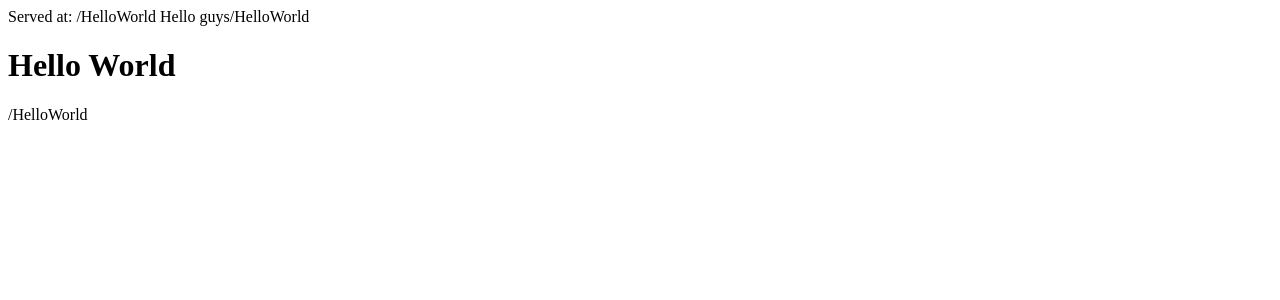
Repository: 1105trxc/LapTrinhWeb-2526
Page: http://localhost/HelloWorld/HelloController
An editor plug-in stored every save of this project. The page is shown before and after the next save, followed by the edit.
The browser window is 1280 px wide. The pictures show the whole page.
The page is served by Tomcat 10. Other server files are loaded and not shown.

Above is the page before, as saved 2025-08-20 06:14:24.

### HelloWorld/src/main/java/minimal/controller/HelloController.java
package minimal.controller;

import jakarta.servlet.ServletException;
import jakarta.servlet.annotation.WebServlet;
import jakarta.servlet.http.HttpServlet;
import jakarta.servlet.http.HttpServletRequest;
import jakarta.servlet.http.HttpServletResponse;
import java.io.IOException;

/**
 * Servlet implementation class HelloController
 */
public class HelloController extends HttpServlet {
	private static final long serialVersionUID = 1L;
	private String message;

	@SuppressWarnings("serial")
	public void init() throws ServletException {
	// Do required initialization
	message = "Hello World";
	}

    /**
     * @see HttpServlet#HttpServlet()
     */
    public HelloController() {
        super();
        // TODO Auto-generated constructor stub
    }

	/**
	 * @see HttpServlet#doGet(HttpServletRequest request, HttpServletResponse response)
	 */
	protected void doGet(HttpServletRequest request, HttpServletResponse response) throws ServletException, IOException {
		// TODO Auto-generated method stub
		response.getWriter().append("Served at: ").append(request.getContextPath());
		response.getWriter().append("\nHello guys").append(request.getContextPath());

		// Set response content type
		response.setContentType("text/html");
		// Actual logic goes here.
		response.getWriter().append("<h1>" + message + "</h1>").append(request.getContextPath());

	}

	/**
	 * @see HttpServlet#doPost(HttpServletRequest request, HttpServletResponse response)
	 */
	protected void doPost(HttpServletRequest request, HttpServletResponse response) throws ServletException, IOException {
		// TODO Auto-generated method stub
		doGet(request, response);
	}

}

After the next save:
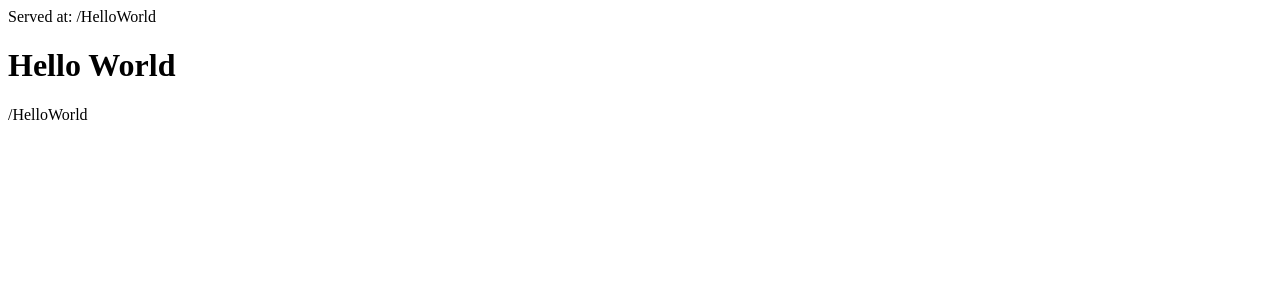
Saved 70 s later.
--- a/HelloWorld/src/main/java/minimal/controller/HelloController.java
+++ b/HelloWorld/src/main/java/minimal/controller/HelloController.java
@@ -34,7 +34,6 @@ public class HelloController extends HttpServlet {
 	protected void doGet(HttpServletRequest request, HttpServletResponse response) throws ServletException, IOException {
 		// TODO Auto-generated method stub
 		response.getWriter().append("Served at: ").append(request.getContextPath());
-		response.getWriter().append("\nHello guys").append(request.getContextPath());
 
 		// Set response content type
 		response.setContentType("text/html");
